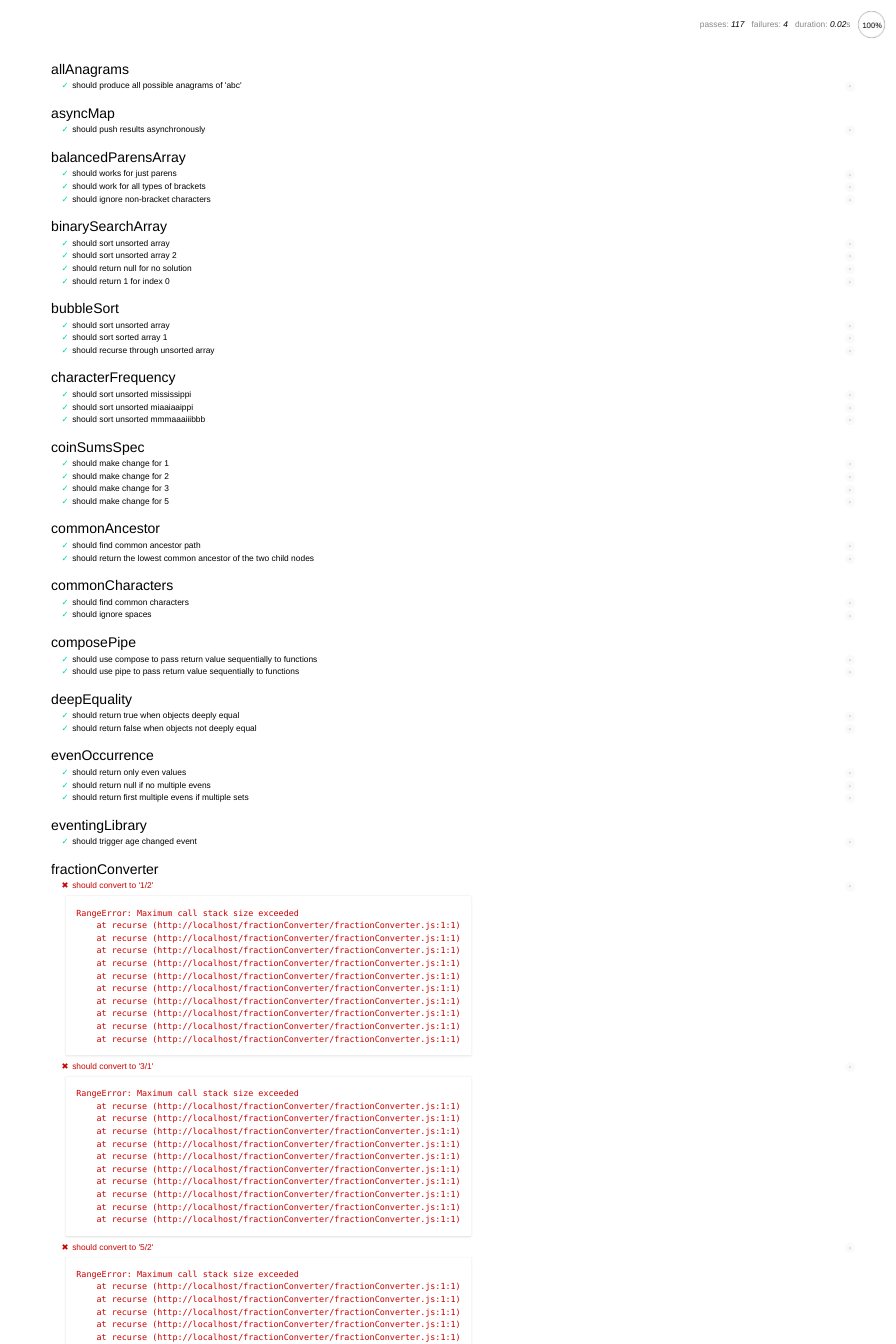
Repository: scottrice10/javascript-interview-questions
Page: SpecRunner.html
The author's editor kept a record of every edit. The page is drawn from the files as they stood at one moment, then again after the next edit.
The browser window is 1280 px wide. The pictures show the part of the page from y = 0 to 1920 px (the page is 5452 px tall before and 4732 px after), at 70% of full size.

Above is the page before.

After the next edit:
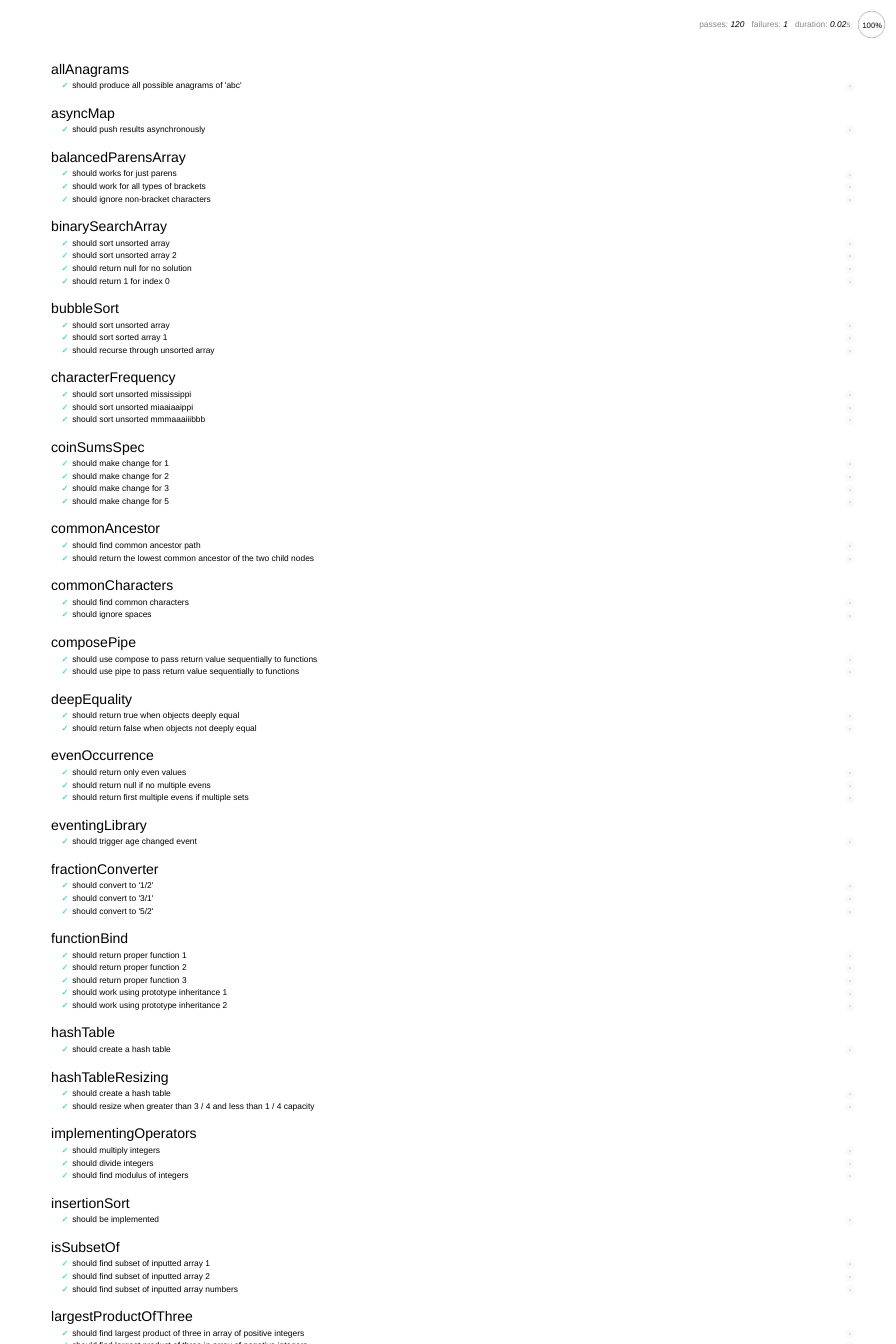
The edit:
--- a/fractionConverter/fractionConverter.js
+++ b/fractionConverter/fractionConverter.js
@@ -23,7 +23,7 @@
     }
 
     var recurse = function(currNum, currDenom){
-        if(numerator / denominator === number){
+        if(currNum / currDenom === number){
           numerator = currNum;
           denominator = currDenom;
           return;
